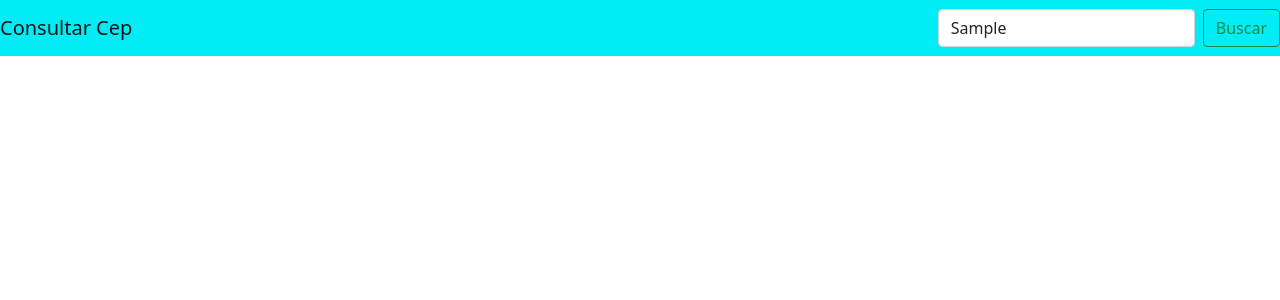
Repository: ViniciusCMS/StudyJquerry
Page: index.html
These files come from the project's save history. The page is drawn as it stood at one moment and after the next save; the edit follows.
The browser window is 1280 px wide. The pictures show the whole page.
Empty fields were first filled with sample values (such as "Sample", 5 or name@example.com).
After loading, the first visible `button.btn` was clicked once.
The page's requests for data from a server got no answer.

Above is the page before, as saved 2021-11-26 11:47:01.

After the next save:
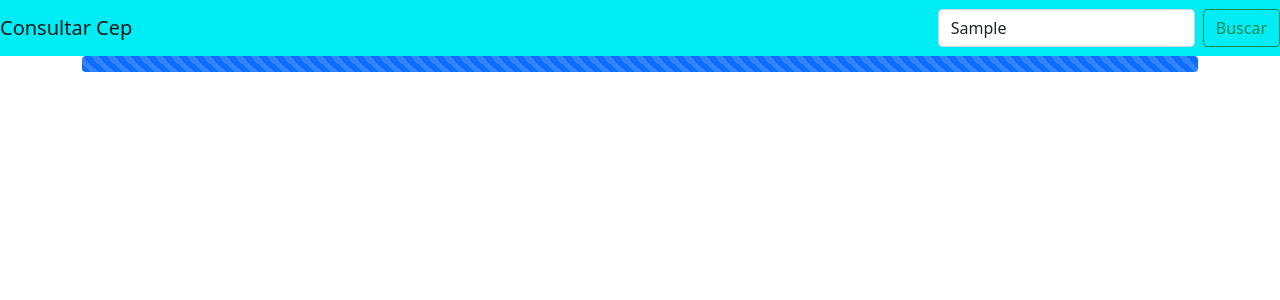
Saved 26 s later.
--- a/js/main.js
+++ b/js/main.js
@@ -1,5 +1,5 @@
 function consultaCep() {
-
+    $(".progressBar").show();
     var cep = document.getElementById("cep").value;
     var url = "https://viacep.com.br/ws/" + cep + "/json/";
 
